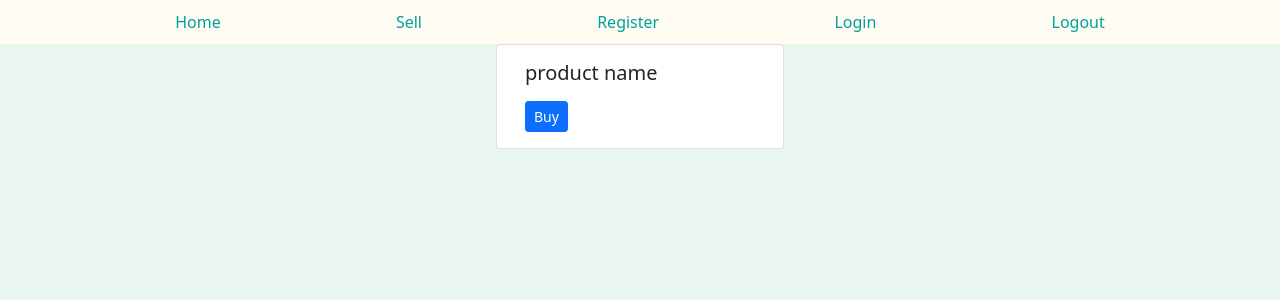
Repository: RiteshK555/itw-project
Page: http://localhost/
The author's editor kept a copy of each file at every save. The page is drawn from the files as they stood at one save, then again after a run of saves.
The browser window is 1280 px wide. The pictures show the whole page.
The page is served by the project's application, run on Django 3.2 (student_olx/manage.py). Other server files are loaded and not shown.

Above is the page before, as saved 2021-09-19 14:26:07.

### student_olx/main/templates/main/home.html
{%extends 'main/base.html'%}
{% load static %}
{%block title%}
Home
{%endblock%}
{% block styles %}
<link rel="stylesheet" type="text/css" href="{% static 'main/home.css'%}">
{% endblock %}
{%block content %}
<div id="itemz">
<div class="row">
<div class="card" style="width: 18rem;">
  <div class="card-body">
    <h5 class="card-title">product name</h5>
    <p class="card-text">{{product.description}}</p>
    <a href="#" class="btn btn-sm btn-primary">Buy</a>
  </div>
</div>
</div>
{% comment %} {%for product in  products%}

<div class="card" style="width: 18rem;">
  <div class="card-body">
    <h5 class="card-title">{{product.product_name}}</h5>
    <p class="card-text">{{product.description}}</p>
    <a href="#" class="btn btn-sm btn-primary">Buy</a>
  </div>
</div>
{%endfor%} {% endcomment %}
{%endblock %}

### student_olx/main/templates/main/base.html
{% load static%}
<!DOCTYPE html>
<!--[if lt IE 7]>      <html class="no-js lt-ie9 lt-ie8 lt-ie7"> <![endif]-->
<!--[if IE 7]>         <html class="no-js lt-ie9 lt-ie8"> <![endif]-->
<!--[if IE 8]>         <html class="no-js lt-ie9"> <![endif]-->
<!--[if gt IE 8]>      <html class="no-js"> <!--<![endif]-->
<html lang="en">
    <head>
        <meta charset="utf-8">
        <meta http-equiv="X-UA-Compatible" content="IE=edge">
        <title>{%block title%}This is Base Title{%endblock%}</title>
        <meta name="description" content="">
        <link href="https://cdn.jsdelivr.net/npm/bootstrap@5.1.1/dist/css/bootstrap.min.css" rel="stylesheet" integrity="sha384-F3w7mX95PdgyTmZZMECAngseQB83DfGTowi0iMjiWaeVhAn4FJkqJByhZMI3AhiU" crossorigin="anonymous">
        <meta name="viewport" content="width=device-width, initial-scale=1">
        <link rel="stylesheet" type="text/css" href="{% static 'main/style.css'%}">
        {% block styles %}
        {% endblock %}
    </head>
    <div class="header">
        <a href="/">Home</a>
        <a href="/sell">Sell</a>
       <a href="/register">Register</a>
        <a href="/login">Login</a>
        <a href="/logout">Logout</a>
    </div>
    <body>
    <div id="content">
    {%block content %}
    {% endblock %}
    </div>
        <!--[if lt IE 7]>
            <p class="browsehappy">You are using an <strong>outdated</strong> browser. Please <a href="#">upgrade your browser</a> to improve your experience.</p>
        <![endif]-->
        <script src="https://cdn.jsdelivr.net/npm/bootstrap@5.1.1/dist/js/bootstrap.bundle.min.js" integrity="sha384-/bQdsTh/da6pkI1MST/rWKFNjaCP5gBSY4sEBT38Q/9RBh9AH40zEOg7Hlq2THRZ" crossorigin="anonymous"></script>
        <script src="" async defer></script>
    </body>
</html>

### student_olx/main/views.py
from django.http.response import HttpResponseRedirect
from django.shortcuts import render,redirect
from .models import product

# Create your views here.
from django.http import HttpResponse
from .forms import CreateNewProduct
def index(response,id):
    lis=product.objects.get(id=id)
    return render(response,"main/base.html",{"name":lis})
def home(response):
    all_products=product.objects.all()
    return render(response,"main/home.html",{"products":all_products})
def sell(response):
    if response.method == "POST":
        form=CreateNewProduct(response.POST)
        if form.is_valid():
            p_n=form.cleaned_data["product_name"]
            d=form.cleaned_data["description"]
            m=product(product_name=p_n,description=d)
            m.save()
        return render(response,"main/home.html")
    else:
        form=CreateNewProduct()
    return render(response,"main/sell.html",{"form":form})
def buy(response):
    return render(response,"main/buy.html",{})

### student_olx/student_olx/urls.py
"""student_olx URL Configuration

The `urlpatterns` list routes URLs to views. For more information please see:
    https://docs.djangoproject.com/en/3.1/topics/http/urls/
Examples:
Function views
    1. Add an import:  from my_app import views
    2. Add a URL to urlpatterns:  path('', views.home, name='home')
Class-based views
    1. Add an import:  from other_app.views import Home
    2. Add a URL to urlpatterns:  path('', Home.as_view(), name='home')
Including another URLconf
    1. Import the include() function: from django.urls import include, path
    2. Add a URL to urlpatterns:  path('blog/', include('blog.urls'))
"""
from django.contrib import admin
from django.urls import path,include
# from main import views as v
from  registration import views
urlpatterns = [
    path('admin/', admin.site.urls),
    path("register/",views.register,name="register"),
    path("",include("main.urls")),
    path("",include("django.contrib.auth.urls")),
]

### student_olx/main/urls.py
from django.urls import path
from . import views
urlpatterns =[
    path("<int:id>",views.index,name="index"),
    path("",views.home,name="home"),
    path("sell/",views.sell,name="sell"),
    path("buy/",views.buy,name="buy"),
]

### student_olx/main/static/main/style.css
.header{
    display: flex;
    justify-content: space-evenly;
    padding-top: 10px;
    padding-bottom: 10px;
    background-color:#FEFBF3;
}
a{
    color:#00A19D;
    text-decoration: none;
}
body{
    margin:0px;
    background-color:#E8F6EF;
}

### student_olx/main/static/main/home.css

#itemz{
    display:flex;
    justify-content:space-evenly;
}

After the next 2 saves:
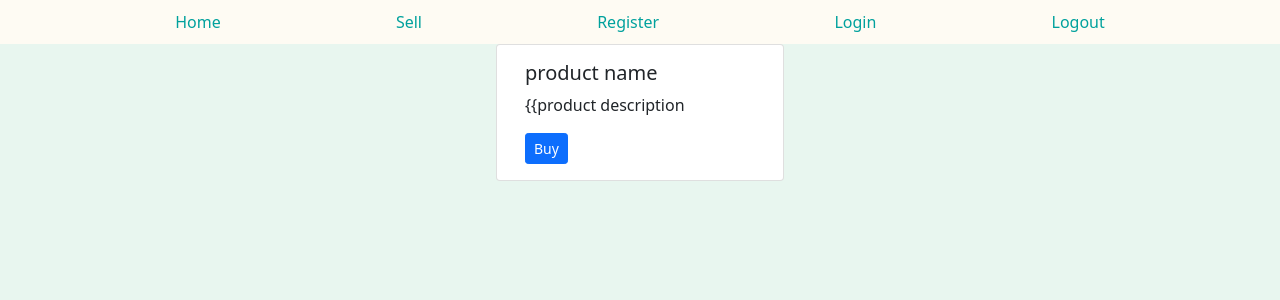
The 2 saves are shown as one change because they came seconds apart.
The last was saved 7 s later.
--- a/student_olx/main/templates/main/home.html
+++ b/student_olx/main/templates/main/home.html
@@ -12,7 +12,7 @@
 <div class="card" style="width: 18rem;">
   <div class="card-body">
     <h5 class="card-title">product name</h5>
-    <p class="card-text">{{product.description}}</p>
+    <p class="card-text">{{product description</p>
     <a href="#" class="btn btn-sm btn-primary">Buy</a>
   </div>
 </div>
